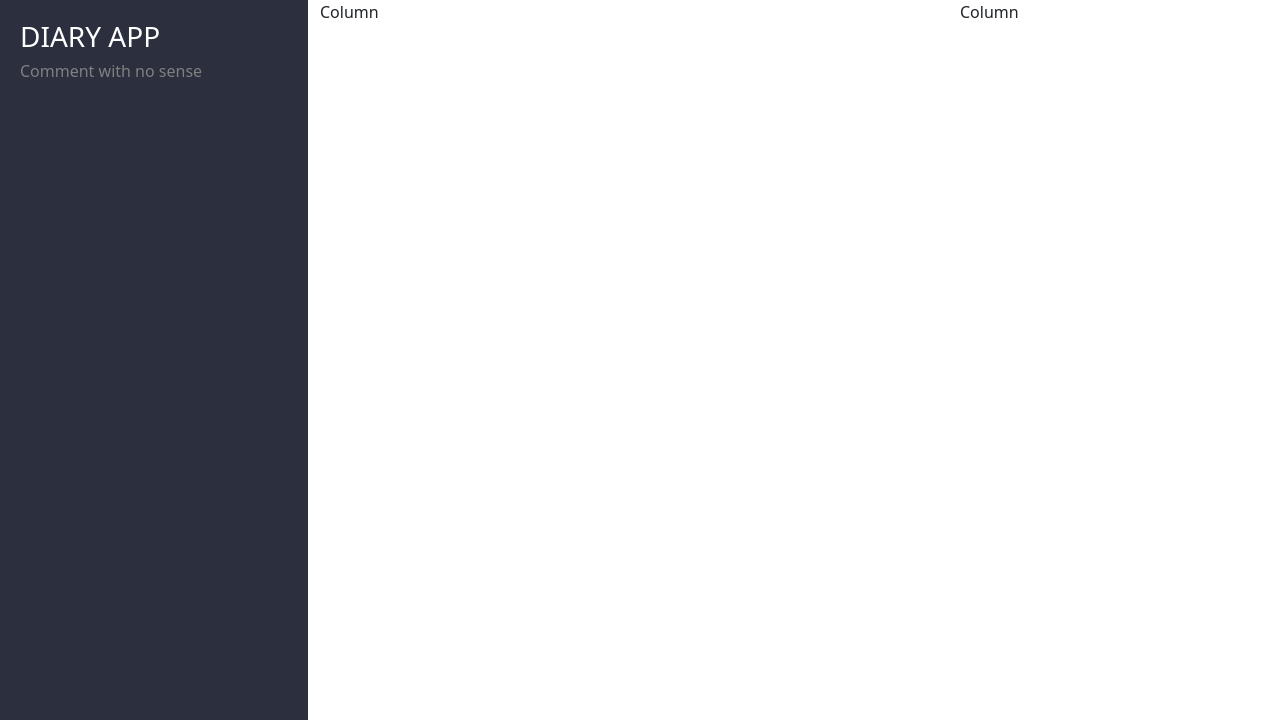
Repository: tsydikov/diary
Page: /
The author's editor kept a copy of each file at every save. The page is drawn from the files as they stood at one save, then again after the next save.
The browser window is 1280 px wide. The pictures show the whole page.
The project was rebuilt for these pictures with package versions that can differ from the ones it lists, and the page was loaded fresh each time.

Above is the page before, as saved 2021-09-10 19:00:33.

After the next save:
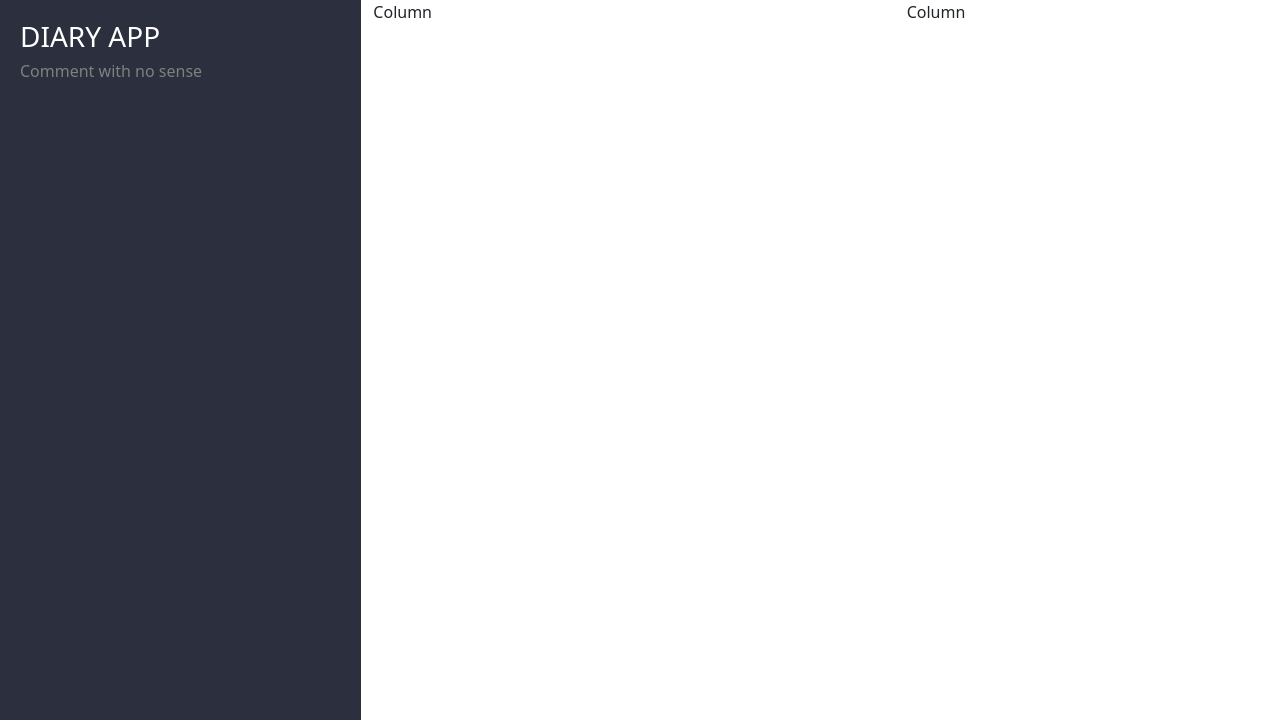
Saved 6 s later.
--- a/src/App.js
+++ b/src/App.js
@@ -8,7 +8,7 @@ function App() {
         <div class="col px-0" >
           <Navbar />
     </div>
-        <div class="col-6">
+        <div class="col-5">
           Column
     </div>
         <div class="col">
